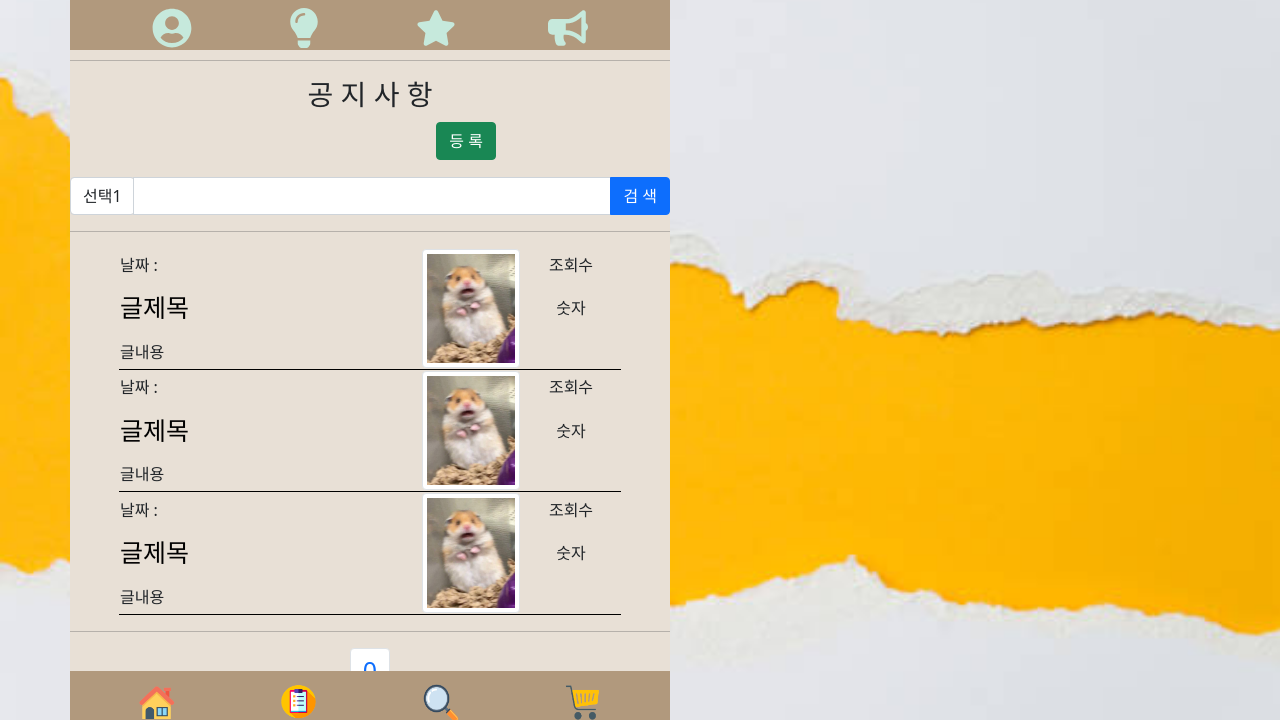
Repository: heegyu97/project
Page: http://localhost/0801_mvc2/WEB-INF/views/notice/notice.jsp
An editor plug-in stored every save of this project. The page is shown before and after the next save, followed by the edit.
The browser window is 1280 px wide. The pictures show the whole page.
An inner scrolling area shows only its first screen. Some web libraries are served in a nearby version. The page is served by Tomcat 9. Nobody is signed in. Other server files are loaded and not shown. The template is opened directly, without the code that normally fills it, so the values that code supplies are empty.

Above is the page before, as saved 2022-08-11 06:10:34.

### 0720/0801_mvc2/src/main/webapp/WEB-INF/views/notice/notice.jsp
<%@ page language="java" contentType="text/html; charset=UTF-8"
    pageEncoding="UTF-8"%>
<%@ taglib uri="http://java.sun.com/jsp/jstl/core" prefix="c"%>
<!DOCTYPE html>
<html>
	<head>
		<meta charset="UTF-8">
		<title>냥냥라이프</title>
		<%@ include  file ="/WEB-INF/views/style_link.jsp" %>
		<style type="text/css">
		table{
			margin-left: auto;
			margin-right: auto;
			table-layout: fixed;
		}
		div.pname{
			width: 300px;
			white-space: nowrap;
		 	overflow: hidden;
 			text-overflow: ellipsis;
		}
		a{
			text-decoration : none;
			color: black;
			font-size: 25px;
		}

		</style>
	</head>
	<body>
	<%@ include file="/WEB-INF/views/header.jsp"%>


	<hr>

		<table>
			<col class="w-50">

			<tbody>
				<tr>
					<td>
						<h3 style="text-align: center;"> 공 지 사 항 </h3>
					</td>
				</tr>
				<tr>
					<td>
						<a href="${pageContext.request.contextPath}/tip/tipwriteform">
							<button class="btn btn-success float-right mb-3">등 록</button>
						</a>
					</td>

				</tr>
			</tbody>
		</table>


		<form action="${pageContext.request.contextPath}/product/list" method="get">
			<div class="input-group">
				<div class="input-group-prepend">
					<select class="form-control" id="searchOption" name="searchOption">
						<option value="prdt_name"
							<c:if test="${search_dto.searchOption == 'prdt_name'}">selected="selected"</c:if>
						> 선택1 </option>
						<option value="mid"
							<c:if test="${search_dto.searchOption == 'mid'}">selected="selected"</c:if>
						> 선택2 </option>
					</select>
				</div>
				<input type="text" class="form-control" id="searchWord" name="searchWord"
						value="${search_dto.searchWord}">
				<div class="input-group-append">
					<button type="submit" class="btn btn-primary"> 검 색 </button>
				</div>
			</div>
		</form>


		<hr>


		<table>

			<tbody>
					<c:forEach  begin="1" end="3">
						<tr>
							<td width="300px" >날짜 :  </td>
							<td width="100px" rowspan="3">
								<a href="${pageContext.request.contextPath}/guest/detail">
								<img src="${pageContext.request.contextPath}/resources/img/bg.jpeg" class="img-thumbnail ">
								</a>
							</td>
							<td width="100px" style="text-align: center">조회수</td>
						</tr>
						<tr>

							<td width="300px">
								<div class="pname">
								<a href="${pageContext.request.contextPath}/tip/tipdetail?tip_no=${dto.tip_no}">
									글제목
								</a>
								</div>
							</td>
							<td style="text-align: center">숫자</td>
						</tr>
						<tr style="border-bottom: 1px solid black"><td width="300px" >글내용</td></tr>
					</c:forEach>

			</tbody>
		</table>

		<hr>
		<%-- 페이징 --%>
		<ul class="pagination">
			<c:if test="${startPageNum > 10}">
				<li class="page-item mx-auto">
					<a class="page-link"
						href="${pageContext.request.contextPath}/product/list?userWantPage=${startPageNum-1}&searchOption=${search_dto.searchOption}&searchWord=${search_dto.searchWord}">
						Previous
					</a>
				</li>
			</c:if>
			<c:forEach var="page_no" begin="${startPageNum}" end="${endPageNum}">
				<c:choose>
					<c:when test="${page_no == userWantPage}">
						<li class="page-item active mx-auto">
							<a class="page-link">${page_no}</a>
						</li>
					</c:when>
					<c:otherwise>
						<li class="page-item mx-auto">
							<a class="page-link"
								href="${pageContext.request.contextPath}/product/list?userWantPage=${page_no}&searchOption=${search_dto.searchOption}&searchWord=${search_dto.searchWord}">
								${page_no}
							</a>
						</li>
					</c:otherwise>
				</c:choose>
			</c:forEach>
			<c:if test="${lastPageNum > endPageNum}">
				<li class="page-item mx-auto">
					<a class="page-link"
						href="${pageContext.request.contextPath}/product/list?userWantPage=${endPageNum+1}&searchOption=${search_dto.searchOption}&searchWord=${search_dto.searchWord}">
						Next
					</a>
				</li>
			</c:if>
		</ul>
		<hr>

		<%@ include file="/WEB-INF/views/footer.jsp"%>
	</body>
</html>

### 0720/0801_mvc2/src/main/webapp/WEB-INF/views/style_link.jsp
<%@ page language="java" contentType="text/html; charset=UTF-8"
    pageEncoding="UTF-8"%>
<%@ taglib uri="http://java.sun.com/jsp/jstl/core" prefix="c" %>

<script
	src="https://ajax.googleapis.com/ajax/libs/jquery/3.6.0/jquery.min.js"></script>
<link rel="stylesheet"
	href="https://cdn.jsdelivr.net/npm/bootstrap@4.6.1/dist/css/bootstrap.min.css">
<script
	src="https://cdn.jsdelivr.net/npm/popper.js@1.16.1/dist/umd/popper.min.js"></script>
<script
	src="https://cdn.jsdelivr.net/npm/bootstrap@4.6.1/dist/js/bootstrap.bundle.min.js"></script>

<!-- CKEDITOR -->
<script src="//cdn.ckeditor.com/4.19.0/full/ckeditor.js"></script>

<!-- bootstrap to icon -->
<script defer
	src="https://use.fontawesome.com/releases/v5.0.8/js/solid.js"
	integrity="sha384-+Ga2s7YBbhOD6nie0DzrZpJes+b2K1xkpKxTFFcx59QmVPaSA8c7pycsNaFwUK6l"
	crossorigin="anonymous"></script>
<script defer
	src="https://use.fontawesome.com/releases/v5.0.8/js/fontawesome.js"
	integrity="sha384-7ox8Q2yzO/uWircfojVuCQOZl+ZZBg2D2J5nkpLqzH1HY0C1dHlTKIbpRz/LG23c"
	crossorigin="anonymous"></script>
<link
	href="https://cdn.jsdelivr.net/npm/bootstrap@5.0.2/dist/css/bootstrap.min.css"
	rel="stylesheet"
	integrity="sha384-EVSTQN3/azprG1Anm3QDgpJLIm9Nao0Yz1ztcQTwFspd3yD65VohhpuuCOmLASjC"
	crossorigin="anonymous">
<!-- main 기준 공용 -->
<link rel="stylesheet"
	href= "${pageContext.request.contextPath}/resources/E1I3/CSS/style_share.css">
<!-- nav 버튼 사이 거리 조정 -->
<link rel="stylesheet"
	href="${pageContext.request.contextPath}/resources/E1I3/CSS/style_hf.css">

### 0720/0801_mvc2/src/main/webapp/WEB-INF/views/header.jsp
<%@ page language="java" contentType="text/html; charset=UTF-8"
	pageEncoding="UTF-8"%>
<%@ taglib uri="http://java.sun.com/jsp/jstl/core" prefix="c"%>
<div class="container">
	<div class="row">
		<div id="aaa" class="col-lg-6 ">
			<iframe id="bbb" name="adver-frame"
				src="${pageContext.request.contextPath}/adver"></iframe>
		</div>


		<!-- 화면 나누기 :home 화면 오른쪽 : iframe to main -->
		<div id="ccc" class="col-lg-6">
			<!-- footer col6 -->
			<div class="nav">
				<!-- MENU -->
				<section class="servics">
					<div class="icons">
						<div class="child icon1">
							<a class="nav-link" href="${pageContext.request.contextPath}/home">
								<i class="fa fa-user-circle" style="width:40px; height:40px; color: #C6E9DC" ></i>
							</a>
						</div>

						<div class="child icon2">
							<a class="nav-link" href="${pageContext.request.contextPath}/tip/tip">
								<i class="fa fa-lightbulb" style="width:40px; height:40px; color: #C6E9DC" ></i>
							</a>
						</div>
						<div class="child icon3">
							<a class="nav-link" href="${pageContext.request.contextPath}/ddd">
								<i class="fa fa-star" style="width:40px; height:40px; color: #C6E9DC" ></i>
							</a>
						</div>
						<div class="child icon4">
							<a class="nav-link"
								href="${pageContext.request.contextPath}/home"> <i
								class="fa fa-bullhorn" style="width:40px; height:40px; color: #C6E9DC" ></i>
							</a>
						</div>
					</div>
				</section>

			</div>
			<main>
				<!-- 여백 -->
				<h3 style="margin-bottom: 60px"></h3>

### 0720/0801_mvc2/src/main/webapp/WEB-INF/views/footer.jsp
<%@ page language="java" contentType="text/html; charset=UTF-8"
	pageEncoding="UTF-8"%>
	<h3 style="margin-top: 120px"></h3>
</main>
<div class="nav" style="bottom: -1px;">
	<!-- MENU -->
	<section class="servics">
		<div class="icons">
			<c:choose>
				<c:when test="${login_info.m_type eq 'manager'}">
					<div class="child icon4">
						<!-- 경로만 변경 - 판매자 home/main -->
						<a class="nav-link" href="${pageContext.request.contextPath}/manager/managerMain">
							<img src = "${pageContext.request.contextPath}/resources/img/i_cart.png" style="width:50px; height:50px;" >
						</a>
					</div>
				</c:when>

				<c:when test="${login_info.m_type eq 'seller' }">
					<div class="child icon4">
						<!-- 경로만 변경 - 판매자 home/main -->
						<a class="nav-link" href="${pageContext.request.contextPath}/seller/sellerMain">
							<img src = "${pageContext.request.contextPath}/resources/img/i_cart.png" style="width:50px; height:50px;" >
						</a>
					</div>
				</c:when>
				<c:otherwise>
					<div class="child icon1">
							<a class="nav-link" href="${pageContext.request.contextPath}/home">
								<img src = "${pageContext.request.contextPath}/resources/img/i_home.png" style="width:50px; height:50px;" >
							</a>
						</div>
						<div class="child icon2">
							<a class="nav-link" href="${pageContext.request.contextPath}/guest/KategorieList">
								<img src = "${pageContext.request.contextPath}/resources/img/i_list.png" style="width:50px; height:50px;" >
							</a>
						</div>
						<div class="child icon3">
							<a class="nav-link" href="${pageContext.request.contextPath}/guest/productList">
								<img src = "${pageContext.request.contextPath}/resources/img/i_search.png" style="width:50px; height:50px;" >
							</a>
						</div>
						<div class="child icon4">
						<c:choose>
							<c:when test="${login_info.m_type eq 'guest'}">
							<a class="nav-link" href="${pageContext.request.contextPath}/basket/basketlist">
							</c:when>
							<c:otherwise>
							<a class="nav-link" href="${pageContext.request.contextPath}/home">
							</c:otherwise>
						</c:choose>
								<img src = "${pageContext.request.contextPath}/resources/img/i_cart.png" style="width:50px; height:50px;" >
							</a>
						</div>
				</c:otherwise>
			</c:choose>
		</div>
	</section>

</div>
</div>
<!-- col6 -->
</div>
<!-- row  -->
</div>
<!-- contain  -->

### 0720/0801_mvc2/src/main/webapp/resources/E1I3/CSS/style_share.css
@charset "UTF-8";

.servics{
   width: 100%;
   text-align: center;
}
.icons{
	display: flex;
	justify-content: center;
}
.child{
	text-align: center;
}

body{
 	background-image: url('http://localhost:8081/ictedu/resources/img/back.jpg');
	background-repeat: no-repeat;
 	background-position: center;
	background-size: cover;
}

main{
	width : 600px;
}

.nav{
		display : inline-block;
		width : 600px;
		height : 50px;
		z-index: 2;
		background-color: #B1997D;
		position: fixed;
}



#adver-frame {width : 100%;height : 100%}
	@media only screen and (max-width : 1400px ){
	#aaa{
		display: none;
	}

}


#ccc{
	display : inline-block;
  	height: 100vh;
  	background-color : #E8E0D6;
}

::-webkit-scrollbar {
	display: none;
}


#bbb,#ccc {

  	padding: 0px;
  	margin: 0px;
 	overflow: auto;
	width: 600px;
	min-width: 600px;
}
#bbb {
	list-style-type: none;
  	height: 100%;
 	position: fixed;
}

### 0720/0801_mvc2/src/main/webapp/resources/E1I3/CSS/style_hf.css
@charset "UTF-8";

.icon1, .icon2, .icon3{
	margin-right: 10%;
}

After the next save:
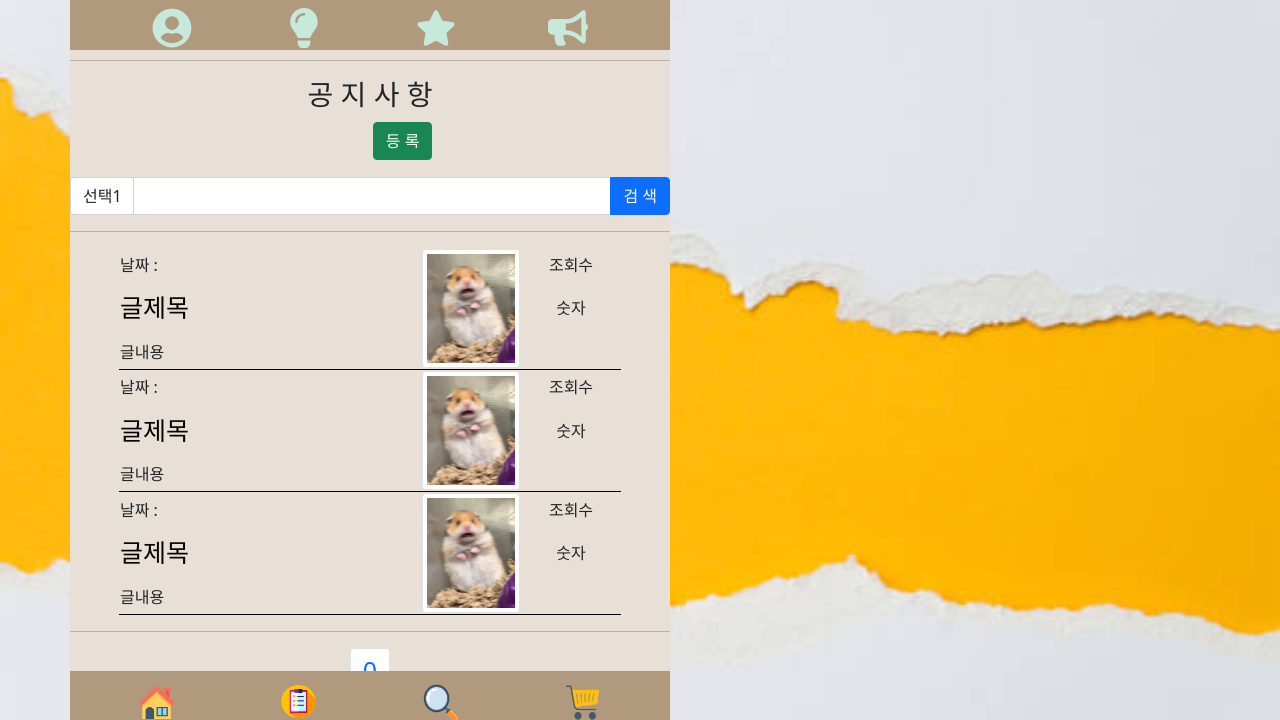
Saved 15 s later.
--- a/0720/0801_mvc2/src/main/webapp/WEB-INF/views/notice/notice.jsp
+++ b/0720/0801_mvc2/src/main/webapp/WEB-INF/views/notice/notice.jsp
@@ -34,7 +34,7 @@
 	<hr>
 
 		<table>
-			<col class="w-50">
+			<col class="w-100">
 
 			<tbody>
 				<tr>
